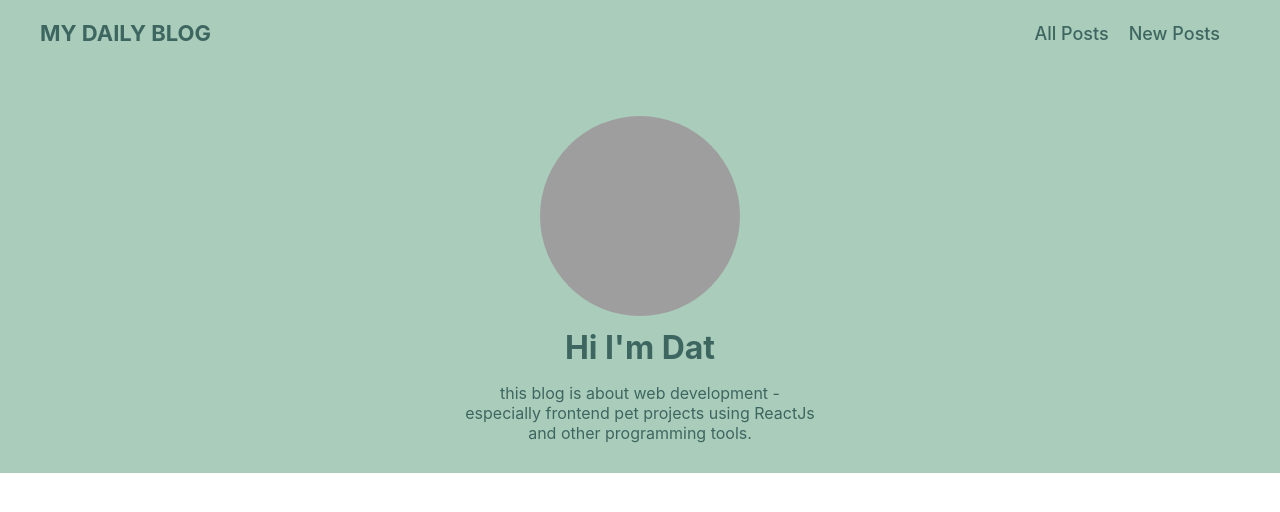
Repository: lyvandat/post-project-nextjs
Page: /
The author's editor kept a copy of each file at every save. The page is drawn from the files as they stood at one save, then again after a run of saves.
The browser window is 1280 px wide. The pictures show the whole page.
Pictures or frames that could not be fetched are drawn as grey boxes. The project was rebuilt for these pictures with package versions that can differ from the ones it lists, and the page was loaded fresh each time. The framework's server and built-in components were replaced by stand-ins that run in the browser. Also part of the build but not shown: next.config.js.

Above is the page before, as saved 2022-09-25 11:12:31.

### pages/_app.tsx
import "../styles/globals.css";
import type { AppProps } from "next/app";
import Layout from "../components/layout/Layout";

function MyApp({ Component, pageProps }: AppProps) {
  return (
    <Layout>
      <Component {...pageProps} />
    </Layout>
  );
}

export default MyApp;

### pages/index.tsx
import type { NextPage } from "next";
import React from "react";
import MainNavigation from "../components/layout/MainNavigation";
import Info from "../components/info/Info";

const Home: NextPage = () => {
  return (
    <React.Fragment>
      <Info />
    </React.Fragment>
  );
};

export default Home;

### styles/globals.css
:root {
  --background-green: #aacdbb;
  --light-green: #abb7ab;
  --medium-green: #8b9874;
  --high-green: #3e6660;
}

html,
body {
  color: var(--medium-green);
  padding: 0;
  margin: 0;
  font-family: -apple-system, BlinkMacSystemFont, Segoe UI, Roboto, Oxygen,
    Ubuntu, Cantarell, Fira Sans, Droid Sans, Helvetica Neue, sans-serif;
}

html {
  font-size: 62.5%;
}

body {
  font-size: 1.6rem;
}

a {
  color: inherit;
  text-decoration: none;
}

* {
  box-sizing: border-box;
  margin: 0;
  border: 0;
  padding: 0;
}

ul {
  padding-left: 0;
  list-style: none;
}

button {
  outline: none;
}

img {
  display: block;
  max-width: 100%;
}

.container {
  max-width: 1200px;
  width: 100%;
  margin-left: auto;
  margin-right: auto;
  display: flex;
  flex-direction: column;
  justify-content: center;
  align-items: center;
}

### components/layout/Layout.tsx
import React from "react";
import classes from "./Layout.module.css";
import MainNavigation from "./MainNavigation";

const Layout: React.FC<{ children: React.ReactNode }> = (props) => {
  return (
    <React.Fragment>
      <MainNavigation></MainNavigation>
      <main className={classes.main}>{props.children}</main>
    </React.Fragment>
  );
};

export default Layout;

### components/info/Info.tsx
import classes from "./Info.module.css";
import Image from "next/image";

const Info: React.FC = () => {
  return (
    <div className={classes.info}>
      <div className="container">
        <div className={classes["image-wrapper"]}>
          <Image
            src="/images/my-photo.jpg"
            alt="my photo"
            width={300}
            height={300}
          ></Image>
        </div>
        <h1>Hi I'm Dat</h1>
        <p>
          this blog is about web development - especially frontend pet projects
          using ReactJs and other programming tools.
        </p>
      </div>
    </div>
  );
};

export default Info;

### components/layout/Layout.module.css
.main {
  width: 100%;
  margin-left: auto;
  margin-right: auto;
}

### components/layout/MainNavigation.tsx
import classes from "./MainNavigation.module.css";
import Link from "next/link";

const MainNavigation: React.FC = (props) => {
  return (
    <header className={classes["main-header"]}>
      <div className={classes.container}>
        <Link href="/">
          <a>
            <h2>My Daily Blog</h2>
          </a>
        </Link>
        <nav>
          <ul>
            <li>
              <Link href="/">All Posts</Link>
            </li>
            <li>
              <Link href="/">New Posts</Link>
            </li>
          </ul>
        </nav>
      </div>
    </header>
  );
};

export default MainNavigation;

### components/info/Info.module.css
.info {
  background-color: var(--background-green);
  padding-top: 50px;
  padding-bottom: 30px;
  text-align: center;
  color: var(--high-green);
}

.image-wrapper {
  width: 200px;
  height: 200px;
  border-radius: 200px;
  overflow: hidden;
}

.image-wrapper img {
  height: 100%;
  object-fit: cover;
}

.info h1 {
  margin-top: 12px;
  margin-bottom: 16px;
}

.info p {
  width: 30%;
  font-size: 1.6rem;
}

### components/layout/MainNavigation.module.css
.main-header {
  background-color: var(--background-green);
  padding: 20px;
}

.container {
  color: var(--high-green);
  width: 100%;
  max-width: 1200px;
  display: flex;
  justify-content: space-between;
  align-items: center;
  margin: 0 auto;
}

.container h2 {
  font-size: 22px;
  font-weight: 700;
  text-transform: uppercase;
}

.container nav {
}

.container ul {
  display: flex;
  justify-content: flex-start;
}

.container li {
  margin-right: 20px;
}

.container a {
  font-weight: 600;
  font-size: 18px;
  font-weight: 500;
}

After the next 2 saves:
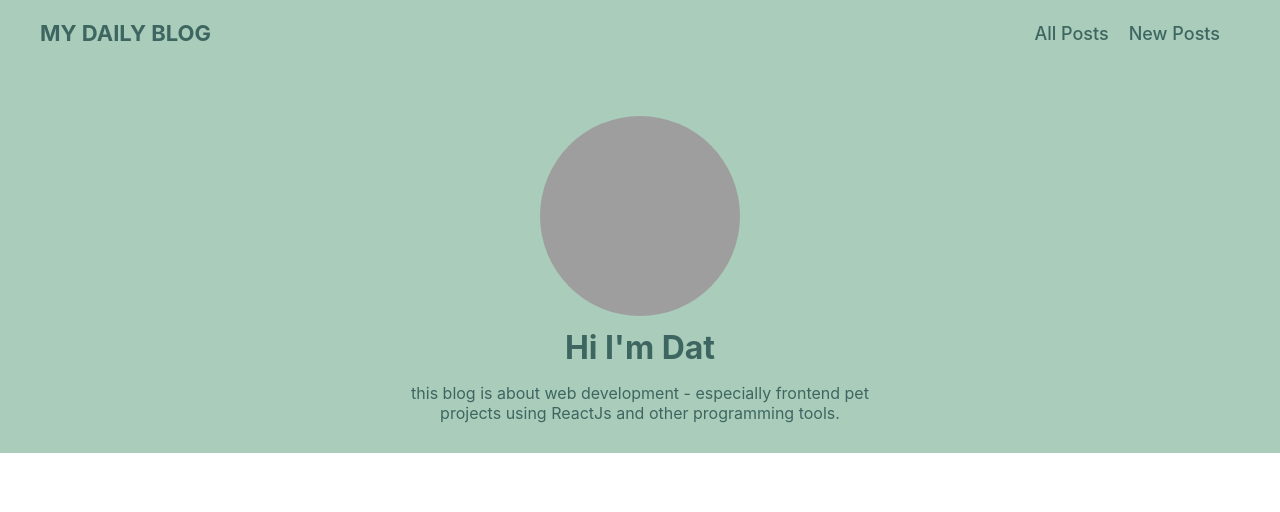
The 2 saves are shown as one change because they came seconds apart.
The last was saved 11 s later.
--- a/components/info/Info.module.css
+++ b/components/info/Info.module.css
@@ -24,6 +24,6 @@
 }
 
 .info p {
-  width: 30%;
+  width: 40%;
   font-size: 1.6rem;
 }
